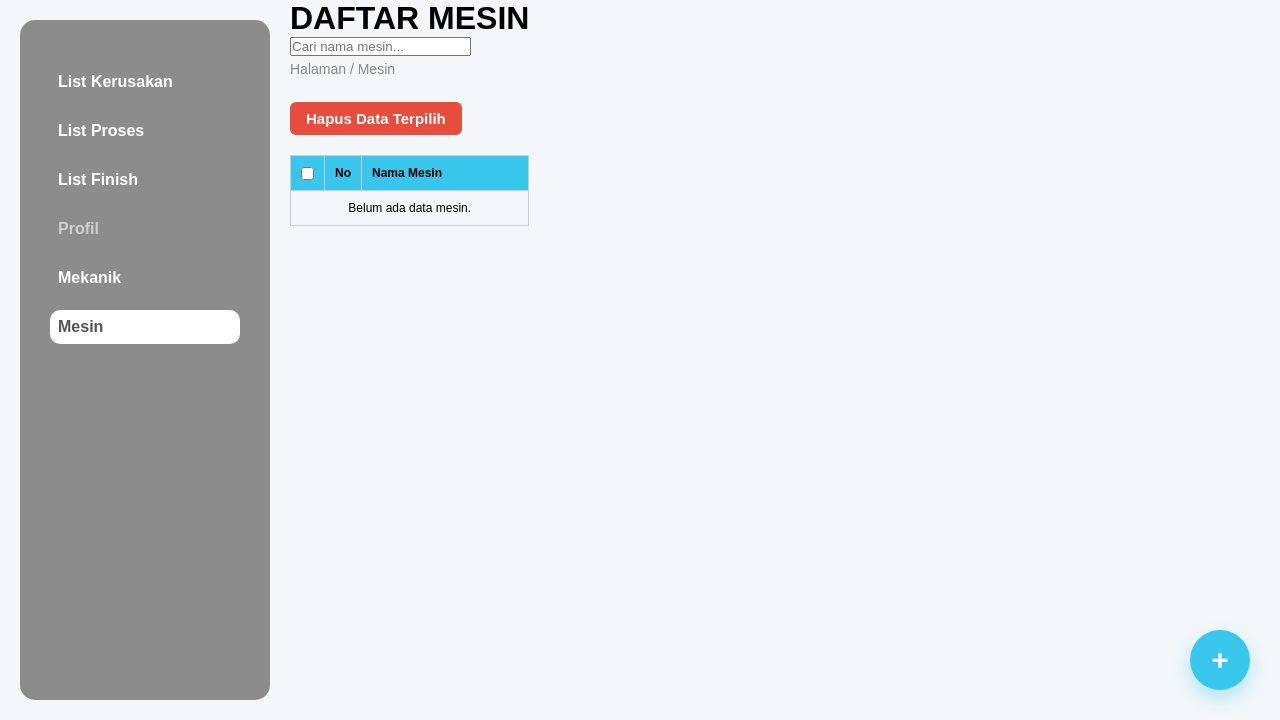
Repository: 1rHub/maintenance
Page: http://localhost/mesin.php
The author's editor kept a copy of each file at every save. The page is drawn from the files as they stood at one save, then again after the next save.
The browser window is 1280 px wide. The pictures show the whole page.
The page is run by PHP 8.4 with error messages shown; the project is at /var/www/html/. Queries for data that is not in the repository find no rows.

Above is the page before, as saved 2025-10-28 15:53:37.

### mesin.php
<?php
include "koneksi.php";
include "sidebar.php";

// === Tambah Mesin ===
if ($_SERVER["REQUEST_METHOD"] === "POST" && isset($_POST["tambah_mesin"])) {
    $nama = trim($_POST["nama_mesin"]);
    if ($nama !== "") {
        mysqli_query($conn, "INSERT INTO mesin (nama_mesin) VALUES ('$nama')");
    }
    header("Location: mesin.php");
    exit;
}

// === Hapus Mesin (multi delete) ===
if ($_SERVER["REQUEST_METHOD"] === "POST" && isset($_POST["hapus_laporan"])) {
    if (!empty($_POST["selected_id"])) {
        $ids = implode(",", array_map('intval', $_POST["selected_id"]));
        mysqli_query($conn, "DELETE FROM mesin WHERE id IN ($ids)");
    }
    header("Location: mesin.php?hapus=1");
    exit;
}

// === Ambil Semua Mesin ===
$result = mysqli_query($conn, "SELECT * FROM mesin ORDER BY id ASC");
$mesin_list = mysqli_fetch_all($result, MYSQLI_ASSOC);
?>
<!DOCTYPE html>
<html lang="id">

<head>
    <meta charset="UTF-8">
    <title>Data Mesin</title>
    <link rel="stylesheet" href="assets/css/style.css">
    <style>
        body {
            font-family: 'Poppins', sans-serif;
        }


    </style>
</head>

<body>
    <div class="main-container">

        <!-- === HEADER ROW === -->
        <div class="header-row">
            <h1>DAFTAR MESIN</h1>
            <div class="search-box">
                <input type="text" id="searchMesin" placeholder="Cari nama mesin...">
            </div>
        </div>
        <p class="breadcrumb">Halaman / Mesin</p>

        <!-- === BUTTON HAPUS DI LUAR TABEL === -->
        <form method="POST" id="formHapus">
            <input type="hidden" name="hapus_laporan" value="1">
            <button type="button" class="hapus-btn" onclick="showHapusPopup()">Hapus Data Terpilih</button>

            <div class="table-wrapper">
                <table id="mesinTable" class="table">
                    <thead>
                        <tr>
                            <th style="width:5%; text-align:center;"><input type="checkbox" id="selectAll"></th>
                            <th style="width:10%;">No</th>
                            <th>Nama Mesin</th>
                        </tr>
                    </thead>
                    <tbody>
                        <?php if (count($mesin_list) > 0): ?>
                            <?php $no = 1;
                            foreach ($mesin_list as $m): ?>
                                <tr class="data-row">
                                    <td style="text-align:center;">
                                        <input type="checkbox" name="selected_id[]" value="<?= $m['id'] ?>">
                                    </td>
                                    <td><?= $no++ ?></td>
                                    <td>
                                        <a href="#" onclick="openRiwayatMesin(<?= $m['id'] ?>, '<?= htmlspecialchars($m['nama_mesin']) ?>')">

                                            <?= htmlspecialchars($m['nama_mesin']) ?>
                                        </a>
                                    </td>
                                </tr>
                            <?php endforeach; ?>
                        <?php else: ?>
                            <tr>
                                <td colspan="3" style="text-align:center;">Belum ada data mesin.</td>
                            </tr>
                        <?php endif; ?>
                    </tbody>
                </table>
            </div>
        </form>

    </div>

    <!-- ➕ Floating Add Button -->
    <button class="float-btn" onclick="openTambahPopup()">+</button>

    <!-- === POPUP TAMBAH (SAMA SEPERTI KODEMU) === -->
    <div class="popup" id="popupTambah">
        <div class="popup-content">
            <span class="close-btn2" onclick="closeTambahPopup()">&times;</span>
            <h2>Tambah Mesin Baru</h2>
            <form method="POST">
                <input type="text" name="nama_mesin" placeholder="Nama mesin baru" required>
                <button type="submit" name="tambah_mesin">Tambah</button>
            </form>
        </div>
    </div>

    <!-- === POPUP RIWAYAT (SAMA SEPERTI KODEMU) === -->
    <div class="popup" id="popupRiwayatMesin">
        <div class="popup-content" style="max-width:900px;">
            <span class="close-btn2" onclick="closeRiwayatMesin()">&times;</span>
            <h2 id="riwayatMesinTitle">Riwayat Mesin</h2>
            <table>
                <thead>
                    <tr>
                        <th>Tanggal</th>
                        <th>Pelapor</th>
                        <th>Divisi</th>
                        <th>Keterangan</th>
                        <th>Mekanik</th>
                        <th>Pesan Mekanik</th>
                        <th>Kategori</th>
                    </tr>
                </thead>
                <tbody id="riwayatMesinTable">
                    <tr>
                        <td colspan="7" style="text-align:center;">Pilih mesin untuk melihat riwayat.</td>
                    </tr>
                </tbody>
            </table>
        </div>
    </div>

    <!-- === POPUP KONFIRMASI HAPUS === -->
    <div class="popup" id="popupHapus">
        <div class="popup-content" style="width:380px; text-align:center;">
            <h3 style="margin-bottom:15px;">Konfirmasi Hapus</h3>
            <p style="color:#555; margin-bottom:25px;">Apakah kamu yakin ingin menghapus data mesin terpilih?</p>
            <div style="display:flex; justify-content:center; gap:15px;">
                <button onclick="closeHapusPopup()"
                    style="background:#ccc; border:none; color:#333; padding:8px 14px; border-radius:6px; cursor:pointer;">Batal</button>
                <button onclick="confirmDelete()" id="btnHapusYa"
                    style="background:#e74c3c; border:none; color:white; padding:8px 14px; border-radius:6px; cursor:pointer;">Ya,
                    Hapus</button>
            </div>
        </div>
    </div>


    <script>
        // === SELECT ALL CHECKBOX ===
        document.getElementById('selectAll').addEventListener('change', function () {
            const checkboxes = document.querySelectorAll('input[name="selected_id[]"]');
            checkboxes.forEach(cb => cb.checked = this.checked);
        });

        // === LIVE SEARCH ===
        document.getElementById('searchMesin').addEventListener('input', function () {
            const query = this.value.toLowerCase();
            const rows = document.querySelectorAll('#mesinTable tbody tr.data-row');
            let visible = 0;
            rows.forEach(row => {
                const nama = row.cells[2].textContent.toLowerCase();
                if (nama.includes(query)) {
                    row.style.display = '';
                    visible++;
                } else {
                    row.style.display = 'none';
                }
            });

            const tbody = document.querySelector('#mesinTable tbody');
            let emptyRow = document.getElementById('noResultRow');
            if (visible === 0) {
                if (!emptyRow) {
                    emptyRow = document.createElement('tr');
                    emptyRow.id = 'noResultRow';
                    emptyRow.innerHTML = `<td colspan="3" style="text-align:center; height:60px; color:#888;">Tidak ada mesin yang cocok.</td>`;
                    tbody.appendChild(emptyRow);
                }
            } else if (emptyRow) {
                emptyRow.remove();
            }
        });

        // === POPUP TAMBAH MESIN ===
        function openTambahPopup() {
            document.getElementById('popupTambah').style.display = 'flex';
        }

        function closeTambahPopup() {
            document.getElementById('popupTambah').style.display = 'none';
        }

        // === POPUP RIWAYAT MESIN ===
        function openRiwayatMesin(id, nama) {
    const popup = document.getElementById('popupRiwayatMesin');
    const tbody = document.getElementById('riwayatMesinTable');
    const title = document.getElementById('riwayatMesinTitle');

    title.textContent = "Riwayat Mesin: " + nama;
    popup.style.display = 'flex';
    tbody.innerHTML = `<tr><td colspan="7" style="text-align:center;">Memuat data...</td></tr>`;

    fetch('riwayat_mesin.php?id=' + id)
        .then(response => response.json())
        .then(data => {
            if (data.length === 0) {
                tbody.innerHTML = `<tr><td colspan="7" style="text-align:center;">Belum ada riwayat perbaikan untuk mesin ini.</td></tr>`;
            } else {
                tbody.innerHTML = data.map(r => `
                    <tr>
                        <td>${r.tanggal}</td>
                        <td>${r.nama}</td>
                        <td>${r.divisi}</td>
                        <td>${r.pesan}</td>
                        <td>${r.nama_mekanik || '-'}</td>
                        <td>${r.pesan_mekanik}</td>
                        <td>${r.kategori}</td>
                    </tr>
                `).join('');
            }
        })
        .catch(err => {
            console.error(err);
            tbody.innerHTML = `<tr><td colspan="7" style="text-align:center;color:red;">Gagal memuat data.</td></tr>`;
        });
}


        function closeRiwayatMesin() {
            document.getElementById('popupRiwayatMesin').style.display = 'none';
        }

        // === POPUP VALIDASI HAPUS ===
        function showHapusPopup() {
            const checkboxes = document.querySelectorAll('input[name="selected_id[]"]:checked');
            if (checkboxes.length === 0) {
                alert("Pilih minimal satu data mesin untuk dihapus.");
                return;
            }
            document.getElementById('popupHapus').style.display = 'flex';
        }

        function closeHapusPopup() {
            document.getElementById('popupHapus').style.display = 'none';
        }

        document.getElementById('btnHapusYa').addEventListener('click', function () {
            document.getElementById('formHapus').submit();
        });

    </script>

</body>

</html>

### koneksi.php
<?php
$host = "localhost";
$user = "root";
$pass = "";
$db   = "db_laporan";

$conn = new mysqli($host, $user, $pass, $db);

if ($conn->connect_error) {
    die("Koneksi gagal: " . $conn->connect_error);
}
?>

### sidebar.php
<?php

$current_page = basename($_SERVER['PHP_SELF']);
?>

<head>
    <link rel="stylesheet" href="assets/css/style.css">
</head>
<div class="sidebar">
    <ul class="menu">
        <li>
            <a href="dashboard_laporan.php" class="<?= $current_page == 'dashboard_laporan.php' ? 'active' : '' ?>">
                List Kerusakan
            </a>
        </li>
        <li>
            <a href="list_proses.php" class="<?= $current_page == 'list_proses.php' ? 'active' : '' ?>">
                List Proses
            </a>
        </li>
        <li>
            <a href="list_finish.php" class="<?= $current_page == 'list_finish.php' ? 'active' : '' ?>">
                List Finish
            </a>
        </li>
        <li>
            <a href="#" class="disabled">Profil</a>
        </li>
        <li>
            <a href="mekanik.php" class="<?= $current_page == 'mekanik.php' ? 'active' : '' ?>">
                Mekanik
            </a>
        </li>
        <li>
            <a href="mesin.php" class="<?= $current_page == 'mesin.php' ? 'active' : '' ?>">
                Mesin
            </a>
        </li>
    </ul>
    <?php if ($current_page == 'dashboard_laporan.php'): ?>
        <button class="register-btn" onclick="openPopup()">Registrasi Laporan</button>
    <?php endif; ?>
</div>

### assets/css/style.css
* {
	margin: 0;
	padding: 0;
	box-sizing: border-box;
}

body {
	font-family: -apple-system, BlinkMacSystemFont, 'Segoe UI', Roboto, Oxygen, Ubuntu, Cantarell, sans-serif;
	background-color: #f5f5f5;
	display: flex;
	height: 100vh;
}

.sidebar {
	width: 250px;
	background-color: #8c8c8c;
	padding: 30px;
	display: flex;
	flex-direction: column;
	justify-content: space-between;
	border-radius: 15px;
	margin: 20px;
}

.menu {
	list-style: none;
}

.menu li {
	margin: 15px 0;
}

.menu a {
	text-decoration: none;
	font-weight: bold;
	font-size: 16px;
	color: white;
	display: block;
	padding: 8px 8px;
	border-radius: 10px;
}

.menu a.active {
	background-color: white;
	color: #555;
}

.menu a.disabled {
	color: #cfcfcf;
	pointer-events: none;
}

.register-btn {
	background-color: white;
	border: none;
	padding: 10px;
	border-radius: 10px;
	font-weight: bold;
	cursor: pointer;
}

.main-content {
	flex: 1;
	padding: 40px;
	background: #fff;
}

.main-content h1 {
	font-size: 28px;
	font-weight: bold;
}

.main-content2 {
	margin-bottom: 38px;
}

.breadcrumb {
	margin-top: 5px;
	color: gray;
}

/* silang pada Detail Laporan */
.popup {
	display: none;
	position: fixed;
	top: 0;
	left: 0;
	width: 100%;
	height: 100%;
	background: rgba(0, 0, 0, 0.5);
	justify-content: center;
	align-items: center;
	z-index: 1000;
}

.popup-content {
	background: #fff;
	padding: 20px;
	border-radius: 12px;
	width: 400px;
	position: relative;
}

.close-btn {
	float: right;
	position: absolute;
	top: 40px;
	right: 40px;
	font-weight: bold;
	font-size: 25px;
	color: #909090;
	cursor: pointer;
	z-index: 10000;
	/* pastikan di atas semua isi popup */
}

.close-btn:hover {
	color: #000;
}

.popup-content h2 {
	margin-bottom: 15px;
}

.popup-content label {
	display: block;
	margin-top: 10px;
	font-weight: bold;
}

.popup-content input,
.popup-content select,
.popup-content textarea {
	width: 100%;
	padding: 8px;
	margin-top: 5px;
	border-radius: 5px;
	border: 1px solid #ccc;
}

.popup-content button {
	margin-top: 15px;
	padding: 10px;
	border: none;
	border-radius: 8px;
	background: #8c8c8c;
	color: white;
	font-weight: bold;
	cursor: pointer;
}

.hapus-float-btn {
	position: fixed;
	bottom: 25px;
	right: 25px;
	background-color: #e74c3c;
	color: white;
	padding: 12px 18px;
	border: none;
	border-radius: 8px;
	cursor: pointer;
	font-size: 15px;
	box-shadow: 0 4px 12px rgba(0, 0, 0, 0.2);
	transition: all 0.25s ease;
	z-index: 1000;
}

.hapus-float-btn:hover {
	background-color: #c0392b;
	transform: scale(1.05);
}

table {
	font-size: 12px;
	margin-top: 20px;
	width: 100%;
	border-collapse: collapse;
}

table thead {
	background: #39c6ed;
}

table,
th,
td {
	border: 1px solid #ccc;
}

th,
td {
	padding: 10px;
	text-align: left;
}

.filter {
	display: flex;
	align-items: center;
	gap: 15px;
	margin-top: 20px;
	margin-bottom: 15px;
}

.filter label {
	font-weight: bold;
}

.filter input[type="date"],
.filter select {
	padding: 5px 10px;
	border: 1px solid #ccc;
	border-radius: 6px;
	cursor: pointer;
}

.filter button {
	background-color: #39c6ed;
	color: white;
	border: none;
	border-radius: 6px;
	padding: 6px 12px;
	cursor: pointer;
	transition: 0.2s;
}

.filter button:hover {
	background-color: #666;
}

.success {
	color: green;
	font-weight: bold;
	margin-top: 10px;
}

.warning {

	color: #ff0000;
	font-weight: bold;
	margin-top: 10px;
}

.kategori {
	font-weight: bold;
	padding: 6px;
	border-radius: 6px;
	color: #fff;
	text-align: center;
}

.kategori.biasa {
	display: list-item;
	margin-top: 3px;
	color: #29b513;

}

.kategori.sedang {
	display: list-item;
	margin-top: 3px;
	color: #efae15;
}

.kategori.urgent {
	display: list-item;
	margin-top: 3px;
	color: #e74c3c;
}

#laporanTable a {
	color: inherit;
	text-decoration: none;
	cursor: pointer;
}

@keyframes fadeIn {
	from {
		opacity: 0;
		transform: scale(0.9);
	}

	to {
		opacity: 1;
		transform: scale(1);
	}
}

a {
	color: inherit;
	text-decoration: none;
}

a:hover {
	text-decoration: underline;
}

.mekanik-list {
	display: flex;
	flex-direction: column;
	gap: 8px;
	margin-top: 10px;
}

.mekanik-item {
	display: flex;
	align-items: center;
	gap: 10px;
}

.mekanik-item label {
	font-weight: 400;
	color: #000000;
	cursor: pointer;
}

.mekanik-item input[type="checkbox"] {
	width: 18px;
	height: 18px;
	accent-color: #555;
	cursor: pointer;
}

.header-container {
	display: flex;
	justify-content: space-between;
	align-items: center;
}

.menu-opsi {
	position: relative;
	display: inline-block;
}

.menu-btn {
	background: none;
	border: none;
	font-size: 22px;
	cursor: pointer;
	padding: 5px;
	color: #333;
}

.dropdown-menu {
	display: none;
	position: absolute;
	right: 0;
	top: 30px;
	background-color: white;
	border: 1px solid #ddd;
	border-radius: 6px;
	box-shadow: 0 5px 15px rgba(0, 0, 0, 0.1);
	z-index: 100;
	width: 180px;
}

.dropdown-menu button {
	width: 100%;
	border: none;
	background: none;
	padding: 10px;
	text-align: left;
	cursor: pointer;
	font-size: 14px;
}

.dropdown-menu button:hover {
	background-color: #f0f0f0;
}

.status.ditunda {
	font-style: italic;
}

.temp-alert {
	position: fixed;
	top: 80px;
	right: 30px;
	background-color: 1;
	color: #2c3e50;
	padding: 12px 20px;
	border-radius: 6px;
	box-shadow: 0 4px 10px rgba(0, 0, 0, 0.15);
	font-size: 14px;
	z-index: 2000;
	opacity: 1;
	transition: opacity 0.5s ease;
}

/* Warna untuk jenis alert berbeda */
.temp-alert.warning {
	color: rgb(255, 196, 0);
}

.temp-alert.success {
	background-color: #27ae60;
	color: white;
}

.temp-alert.error {
	background-color: #e74c3c;
	color: white;
}

.temp-alert.info {
	background-color: #3498db;
	color: white;
}

.laporan-header {
	text-align: center;
	margin-bottom: 20px;
}

.laporan-header img {
	width: 250px;
	height: auto;
	margin-bottom: 10px;
}

.laporan-header h2 {
	margin: 0;
	font-size: 15px;
	color: #333;
}

.filter {
	margin-bottom: 15px;
}

/* Sembunyikan elemen ini saat mencetak */
@media print {

	.filter,
	.menu-opsi,
	.sidebar {
		display: none !important;
	}

	.main-content {
		margin-left: 0;
	}
}

#noData {
	display: none;
	text-align: center;
	color: #000000ff;
	font-size: 12px;
	margin-top: 30px;
}

/* === STYLE BARU - MEKANIK PAGE === */
body {
	font-family: 'Inter', sans-serif;
	background-color: #f4f7fa;
	margin: 0;
	padding: 0;
}

/* Container utama */
.mekanik-container {
	flex: 1;
	margin-left: 0px;
	padding: 40px;
	background: #fff;
	border-radius: 16px;
	box-shadow: 0 4px 20px rgba(0,0,0,0.05);
}

.mekanik-container h1 {
	font-size: 26px;
	color: #333;
	margin-bottom: 5px;
}

.breadcrumb {
	color: #888;
	font-size: 14px;
	margin-bottom: 25px;
}

/* Grid kartu mekanik */
.mekanik-list {
	display: grid;
	grid-template-columns: repeat(auto-fill, minmax(180px, 1fr));
	gap: 20px;
}

.mekanik-card {
	background: white;
	border: 1px solid #e0e0e0;
	border-radius: 12px;
	padding: 20px 10px;
	text-align: center;
	box-shadow: 0 4px 10px rgba(0, 0, 0, 0.05);
	cursor: pointer;
	transition: all 0.25s ease;
}

.mekanik-card:hover {
	transform: translateY(-3px);
	border-color: #39c6ed;
	box-shadow: 0 6px 15px rgba(57,198,237,0.15);
}

.editable {
	border: none;
	background: transparent;
	text-align: center;
	width: 100%;
	font-size: 15px;
	font-weight: 500;
	color: #333;
	outline: none;
	cursor: pointer;
}

/* Tombol tambah */
.float-btn {
	position: fixed;
	bottom: 30px;
	right: 30px;
	background: #39c6ed;
	color: white;
	border: none;
	border-radius: 50%;
	width: 60px;
	height: 60px;
	font-size: 30px;
	font-weight: bold;
	cursor: pointer;
	box-shadow: 0 8px 20px rgba(57, 198, 237, 0.4);
	transition: 0.3s;
}

.float-btn:hover {
	transform: scale(1.1);
	background: #2faed3;
}

/* === Popup Umum === */
.popup {
	display: none;
	position: fixed;
	top: 0;
	left: 0;
	width: 100%;
	height: 100%;
	background: rgba(0, 0, 0, 0.4);
	justify-content: center;
	align-items: center;
	z-index: 9999;
}

.popup-content {
	background: white;
	padding: 30px 35px;
	border-radius: 14px;
	width: 500px;
	max-height: 85vh;
	overflow-y: auto;
	box-shadow: 0 10px 25px rgba(0,0,0,0.15);
	animation: fadeIn 0.3s ease;
}

.popup-content h2 {
	margin-top: 0;
	color: #333;
	font-size: 20px;
	border-bottom: 2px solid #39c6ed;
	padding-bottom: 8px;
}

.close-btn {
	position: absolute;
	top: 20px;
	right: 25px;
	font-size: 22px;
	color: #999;
	cursor: pointer;
	transition: 0.2s;
}

.close-btn:hover { color: #333; }

/* Input dan tombol di popup */
.popup-content input,
.popup-content button {
	width: 100%;
	padding: 10px;
	margin-top: 10px;
	border-radius: 8px;
	border: 1px solid #ccc;
	font-size: 14px;
}

.popup-content button {
	background: #39c6ed;
	color: white;
	font-weight: bold;
	border: none;
	cursor: pointer;
	transition: 0.25s;
}

.popup-content button:hover {
	background: #2faed3;
}

/* Tabel riwayat */
.popup-content table {
	width: 100%;
	border-collapse: collapse;
	margin-top: 15px;
}

.popup-content th, .popup-content td {
	padding: 10px;
	border: 1px solid #e0e0e0;
	font-size: 13px;
	color: #333;
	text-align: center;
}

.popup-content thead {
	background: #39c6ed;
	color: white;
}

/* Tombol edit & hapus */
.btn-row {
	margin-top: 20px;
	display: flex;
	justify-content: flex-end;
	gap: 10px;
}

.edit-btn, .hapus-btn {
	border: none;
	padding: 10px 18px;
	border-radius: 8px;
	cursor: pointer;
	font-weight: bold;
	transition: 0.25s;
}

.edit-btn {
	background: #39c6ed;
	color: white;
}

.edit-btn:hover {
	background: #2faed3;
}

.hapus-btn {
	background: #e74c3c;
	color: white;
}

.hapus-btn:hover {
	background: #c0392b;
}

/* Animasi popup */
@keyframes fadeIn {
	from { opacity: 0; transform: scale(0.95); }
	to { opacity: 1; transform: scale(1); }
}


.popup-content table {
	width: 100%;
	border-collapse: collapse;
}

.popup-content th,
.popup-content td {
	border: 1px solid #ccc;
	padding: 8px;
	text-align: center;
}

.btn-row {
	margin-top: 20px;
	display: flex;
	justify-content: flex-end;
	gap: 10px;
}

.hapus-btn {
	background: #e74c3c !important;
	border: none;
	color: white;
	padding: 8px 16px;
	border-radius: 6px;
	cursor: pointer;
	font-size: 15px;
}

.edit-btn {
	background: #39c6ed !important;
	border: none;
	color: white;
	padding: 8px 16px;
	border-radius: 6px;
	cursor: pointer;
	font-size: 15px;
}

.close-btn {
	float: right;
	cursor: pointer;
	font-size: 20px;
}

#editNamaInput {
	display: none;
	width: 80%;
	padding: 6px;
	margin-top: 8px;
	border-radius: 5px;
	border: 1px solid #ccc;
	text-align: center;
}

/* === STYLISH CHECKBOX MEKANIK === */
#mekanikList {
	display: flex;
	flex-direction: column;
	gap: 10px;
	margin-top: 10px;
}

#mekanikList label {
	display: flex;
	align-items: center;
	background: #f8f9fa;
	border: 1px solid #ddd;
	border-radius: 10px;
	padding: 8px 12px;
	cursor: pointer;
	transition: 0.25s ease;
	font-weight: 500;
	color: #333;
	margin: 1px;
}

#mekanikList label:hover {
	background: #e9f8ff;
	border-color: #39c6ed;
}

#mekanikList input[type="checkbox"] {
	appearance: none;
	width: 20px;
	height: 20px;
	border: 2px solid #ccc;
	border-radius: 6px;
	margin-right: 12px;
	position: relative;
	transition: 0.2s;
}

#mekanikList input[type="checkbox"]:checked {
	background-color: #39c6ed;
	border-color: #39c6ed;
}

#mekanikList input[type="checkbox"]:checked::after {
	content: "✓";
	color: white;
	font-size: 13px;
	position: absolute;
	top: 1px;
	left: 3px;
}

#mekanikList input[type="checkbox"]:disabled {
	opacity: 0.6;
	cursor: not-allowed;
}

After the next save:
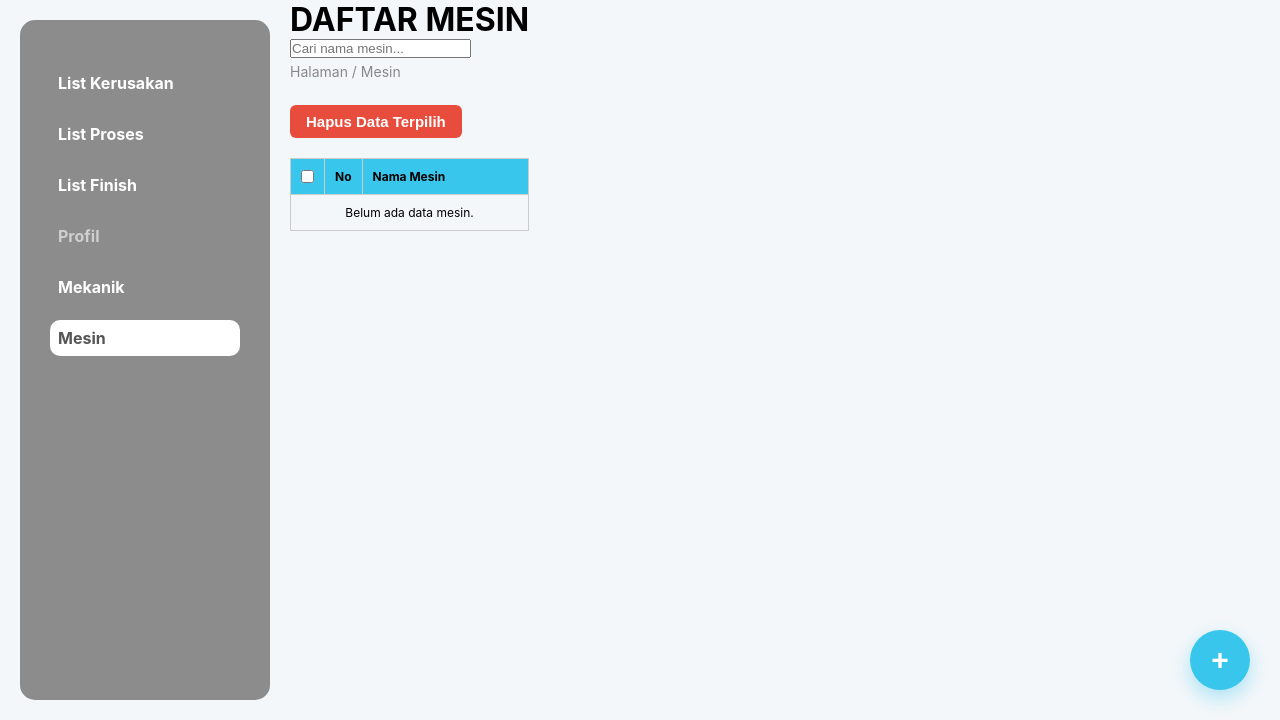
Saved 5 s later.
--- a/mesin.php
+++ b/mesin.php
@@ -33,13 +33,6 @@ $mesin_list = mysqli_fetch_all($result, MYSQLI_ASSOC);
     <meta charset="UTF-8">
     <title>Data Mesin</title>
     <link rel="stylesheet" href="assets/css/style.css">
-    <style>
-        body {
-            font-family: 'Poppins', sans-serif;
-        }
-
-
-    </style>
 </head>
 
 <body>
